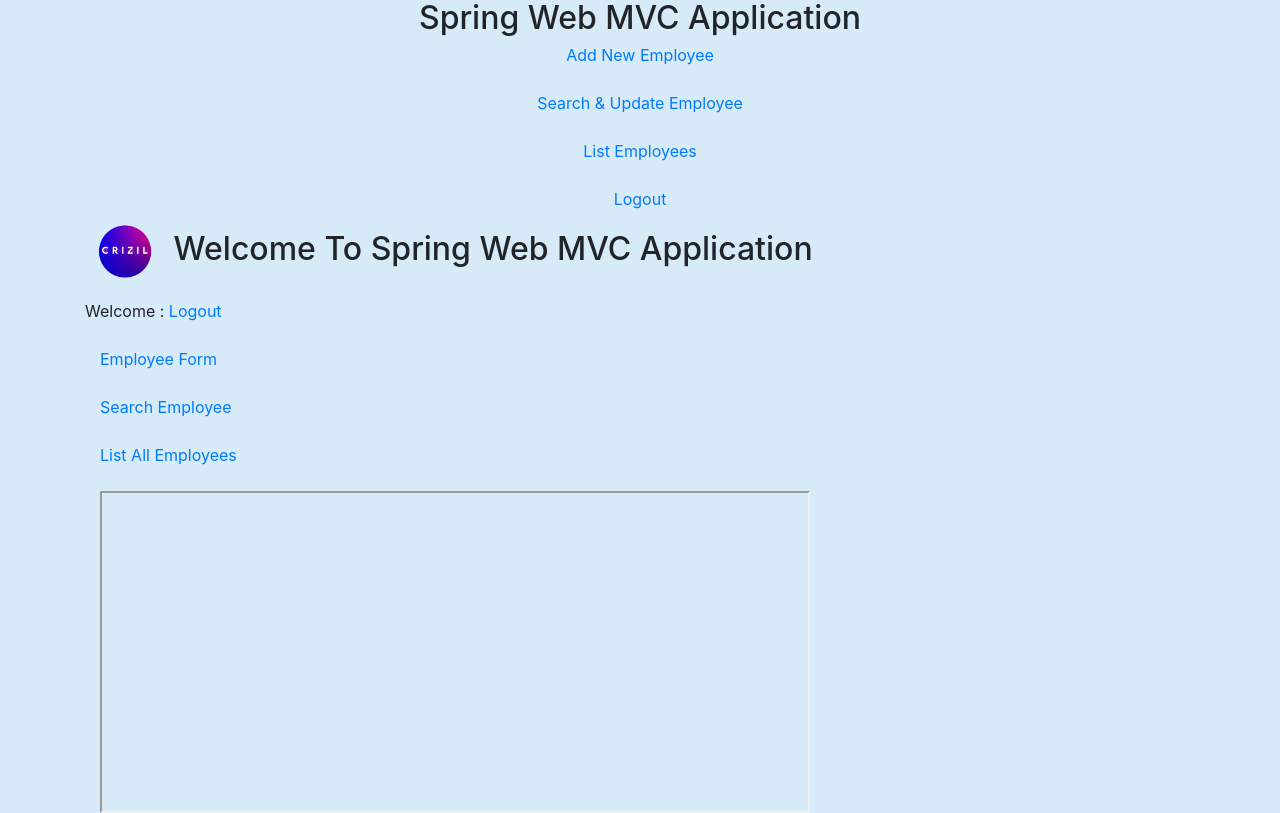
Repository: Vijeyakumar26/training
Page: http://localhost/springbootdemo/WEB-INF/views/index.jsp
The author's editor kept a copy of each file at every save. The page is drawn from the files as they stood at one save, then again after the next save.
The browser window is 1280 px wide. The pictures show the whole page.
The page is served by Tomcat 9. Nobody is signed in. Other server files are loaded and not shown. The template is opened directly, without the code that normally fills it, so the values that code supplies are empty.

Above is the page before, as saved 2021-03-01 09:57:45.

### Adv Java Part 2/springbootdemo/src/main/webapp/WEB-INF/views/index.jsp
<%@ taglib prefix="c" uri="http://java.sun.com/jsp/jstl/core" %>
<html>
<head>
<link href="<c:url value='/static/css/bootstrap.min.css'/>"
	rel="stylesheet"></link>
<link href="<c:url value='/static/css/style.css'/>" rel="stylesheet"></link>
</head>
<body>
<center>
	<h2>Spring Web MVC Application</h2>
	<a href="addEmployeeForm">Add New Employee</a>
	<br />
	<br />
	<a href="searchEmpForm">Search & Update Employee</a>
	<br />
	<br />
	<a href="listEmps">List Employees</a>
	<br />
	<br />
	<span style="text-align:right"> <a href="logout">Logout </a></span>
</center>
<div class="container">
    <div class="row">
        <div class="col-md-12 header">
            <div class="page-header">
				<h2><img width="80px" height="80px" src="<c:url value='/static/images/logo.png' /> "> Welcome To Spring Web MVC Application</h2>
            	<span>Welcome : ${user }</span><span style="text-align:right"> <a href="logout">Logout </a></span>
            </div>
        </div>
    </div>
    <div class="row">
        <div class="col-md-12 content-area">
            <div class="col-md-4 left" >
                <br/>
			<a href="employeeForm" > Employee Form</a>  <br/><br/>
			<a href="searchEmpForm">Search Employee</a><br/><br/>
			<a href="listEmps" >List All Employees</a><br/><br/>

            </div>
            <div class="col-md-8 content">
            	<iframe name="content" width="100%" height="100%" ></iframe>
            </div>
        </div>
    </div>
</div>
</body>
</html>

### Adv Java Part 2/springbootdemo/src/main/resources/static/css/style.css

body {
 background-color: #D6EAF8 ;
}

.formContent {
  -webkit-border-radius: 10px 10px 10px 10px;
  border-radius: 10px 10px 10px 10px;
  background: #fff;
  padding: 20px;
  width: 90%;
  max-width: 450px;
  position: relative;
  padding: 40px;
  -webkit-box-shadow: 0 30px 60px 0 rgba(0,0,0,0.3);
  box-shadow: 0 30px 60px 0 rgba(0,0,0,0.3);
  text-align: center;
}
.formConten {
  -webkit-border-radius: 10px 10px 10px 10px;
  border-radius: 30px 30px 30px 30px;
  background: #e7def5;
  padding: 20px;
  width: 90%;
  max-width: 450px;
  position: relative;
  padding: 40px;
  -webkit-box-shadow: 0 30px 60px 0 rgba(0,0,0,0.3);
  box-shadow: 0 30px 60px 0 rgba(0,0,0,0.3);
  text-align: center;
}

Loaded but not shown: Adv Java Part 2/springbootdemo/src/main/resources/static/css/bootstrap.min.css (library)

After the next save:
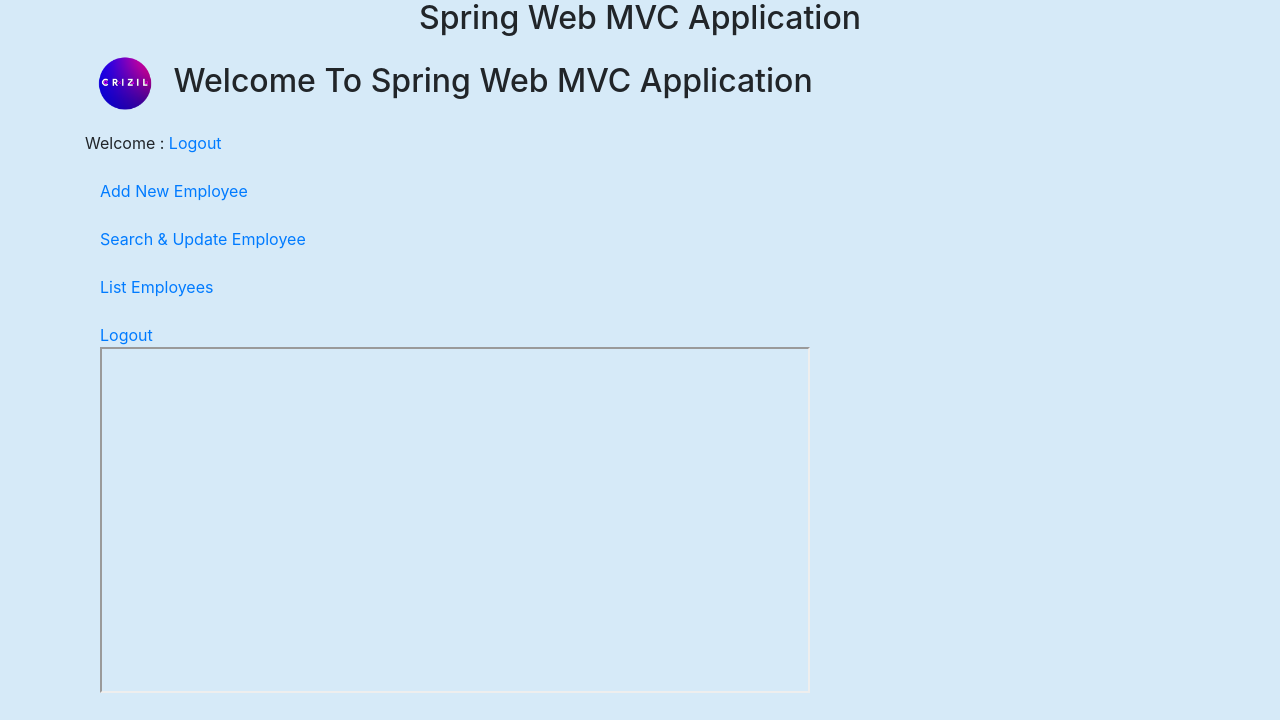
Saved 74 s later.
--- a/Adv Java Part 2/springbootdemo/src/main/webapp/WEB-INF/views/index.jsp
+++ b/Adv Java Part 2/springbootdemo/src/main/webapp/WEB-INF/views/index.jsp
@@ -8,16 +8,7 @@
 <body>
 <center>
 	<h2>Spring Web MVC Application</h2>
-	<a href="addEmployeeForm">Add New Employee</a>
-	<br />
-	<br />
-	<a href="searchEmpForm">Search & Update Employee</a>
-	<br />
-	<br />
-	<a href="listEmps">List Employees</a>
-	<br />
-	<br />
-	<span style="text-align:right"> <a href="logout">Logout </a></span>
+
 </center>
 <div class="container">
     <div class="row">
@@ -32,9 +23,10 @@
         <div class="col-md-12 content-area">
             <div class="col-md-4 left" >
                 <br/>
-			<a href="employeeForm" > Employee Form</a>  <br/><br/>
-			<a href="searchEmpForm">Search Employee</a><br/><br/>
-			<a href="listEmps" >List All Employees</a><br/><br/>
+			<a href="addEmployeeForm">Add New Employee</a><br/><br/>
+			<a href="searchEmpForm">Search & Update Employee</a><br/><br/>
+			<a href="listEmps">List Employees</a><br/><br/>
+			<span style="text-align:right"> <a href="logout">Logout </a></span>
 
             </div>
             <div class="col-md-8 content">
